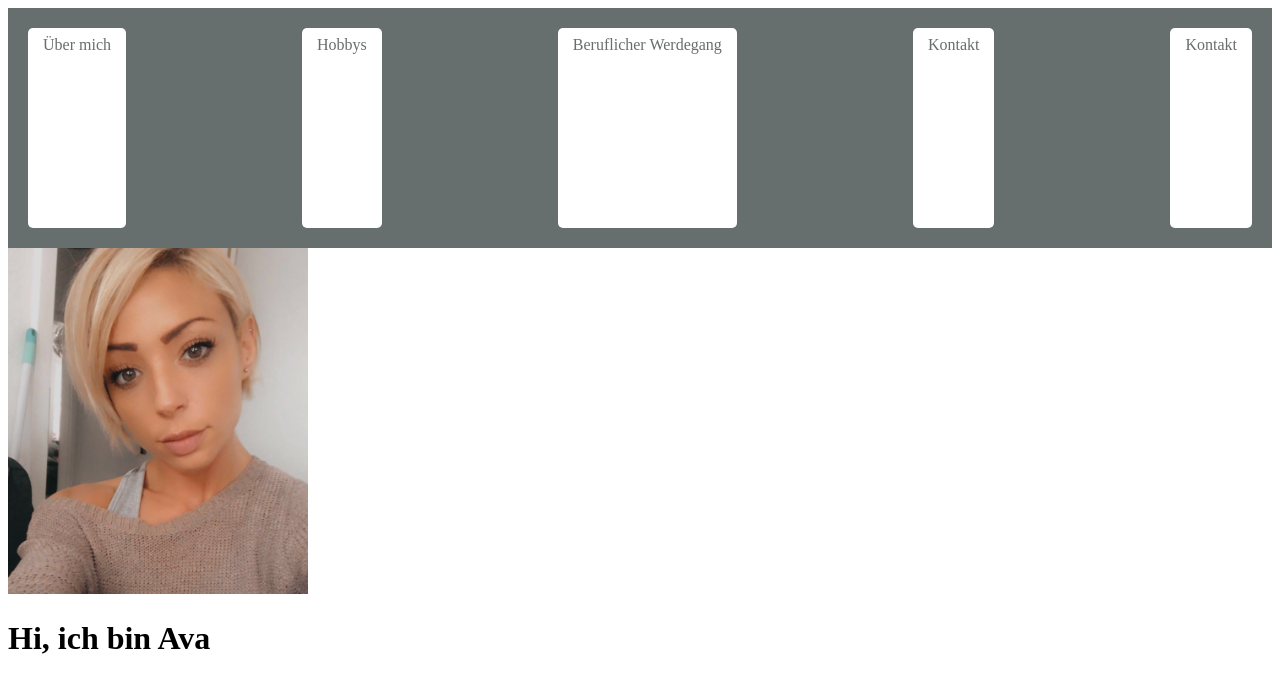
Repository: Ava-VictoriaCrivello/website
Page: index.html
An editor plug-in stored every save of this project. The page is shown before and after the next save, followed by the edit.
The browser window is 1280 px wide. The pictures show the whole page.
Some web fonts or font styles are not loaded; a fallback is used.

Above is the page before, as saved 2022-05-29 13:09:34.

### index.html
<!DOCTYPE html>
<html lang="en">
  <head>
    <meta charset="UTF-8" />
    <meta http-equiv="X-UA-Compatible" content="IE=edge" />
    <meta name="viewport" content="width=device-width, initial-scale=1.0" />
    <title>website</title>
    <link rel="stylesheet" href="style.css" />
    <link rel="preconnect" href="https://fonts.googleapis.com" />
    <link rel="preconnect" href="https://fonts.gstatic.com" crossorigin />
    <link
      href="https://fonts.googleapis.com/css2?family=Tiro+Telugu:ital@1&display=swap"
      rel="stylesheet"
    />
  </head>
  <body>
    <nav>
      <a class="button" href="#aboutme">Über mich</a>
      <a class="button" href="#hobbys">Hobbys</a>
      <a class="button" href="#work">Beruflicher Werdegang</a>
      <a class="button" href="#contact">Kontakt</a>
      <a class="button" href="#contact">Kontakt</a>
    </nav>

    <header>
      <img src="ich.png" width="300px" , height="" />
      <h1>Hi, ich bin Ava</h1>
    </header>
  </body>
</html>

### style.css
nav {
  background-color: rgb(103, 110, 110);
  font-family: "Tiro Telugu", serif;
  padding: 20px;
  display: flex;
  justify-content: space-between;
  flex-wrap: wrap;
  gap: 20px;
  height: 200px;
  flex-direction: row;
}

.button {
  background-color: white;
  color: rgb(103, 110, 110);
  padding: 8px 15px;
  border-radius: 5px;
  text-decoration: none;
}

After the next save:
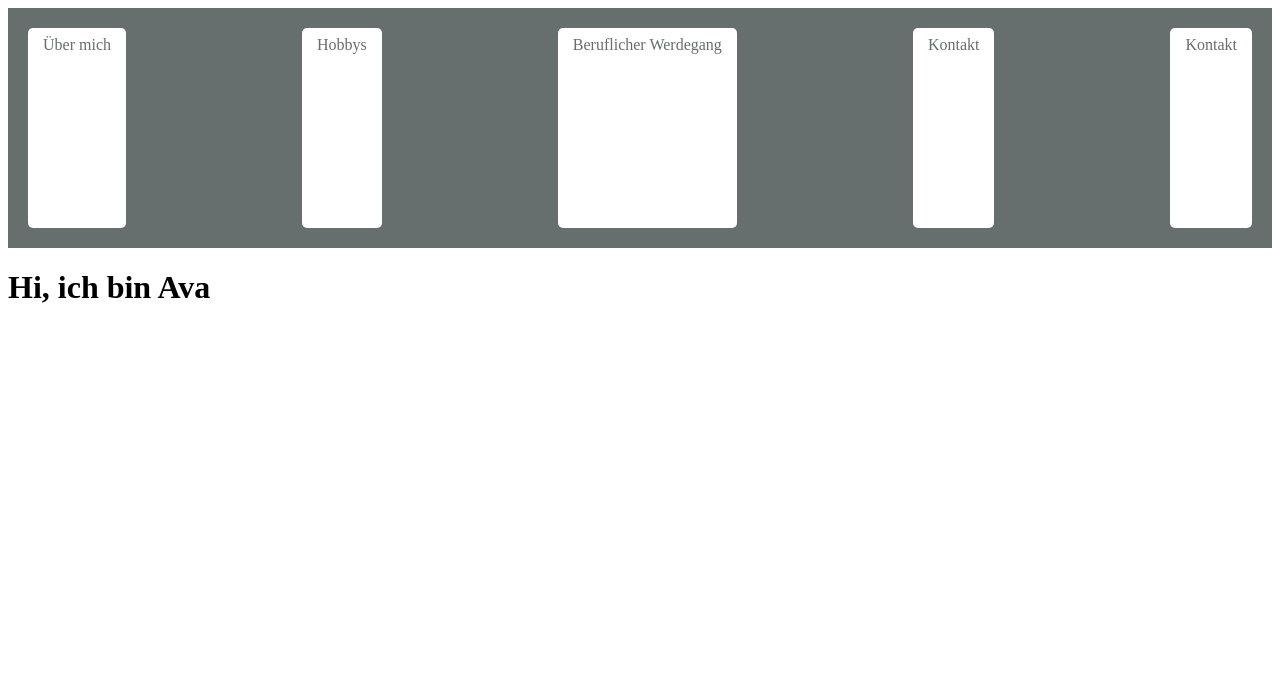
Saved 14 min 1 s later.
--- a/index.html
+++ b/index.html
@@ -15,16 +15,18 @@
   </head>
   <body>
     <nav>
-      <a class="button" href="#aboutme">Über mich</a>
-      <a class="button" href="#hobbys">Hobbys</a>
-      <a class="button" href="#work">Beruflicher Werdegang</a>
-      <a class="button" href="#contact">Kontakt</a>
-      <a class="button" href="#contact">Kontakt</a>
+      <a class="button" href="name.#aboutme">Über mich</a>
+      <a class="button" href="name.#hobbys">Hobbys</a>
+      <a class="button" href="name.#work">Beruflicher Werdegang</a>
+      <a class="button" href="name.#contact">Kontakt</a>
+      <a class="button" href="name.#contact">Kontakt</a>
     </nav>
 
-    <header>
-      <img src="ich.png" width="300px" , height="" />
-      <h1>Hi, ich bin Ava</h1>
-    </header>
+
+      <h1>Hi, ich bin Ava</h1
+
+
+
+
   </body>
 </html>
